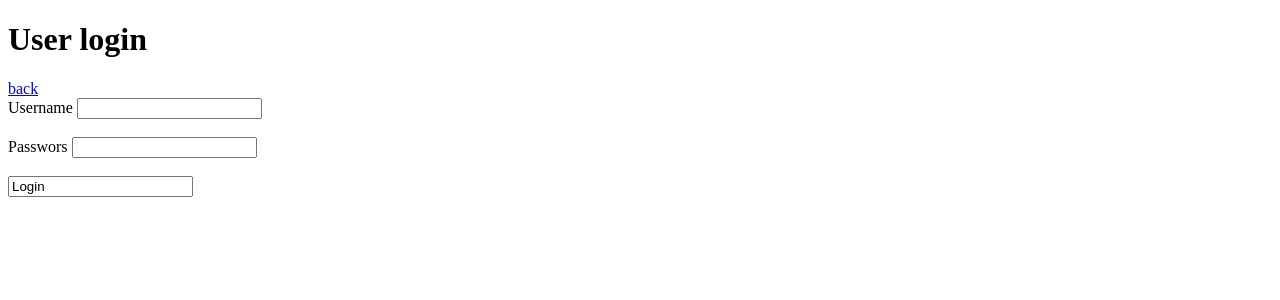
Repository: aayush105/Advance-Java
Page: http://localhost/webtestdem/login.jsp
These files come from the project's save history. The page is drawn as it stood at one moment and after the next save; the edit follows.
The browser window is 1280 px wide. The pictures show the whole page.
The page is served by Tomcat 10.

Above is the page before, as saved 2023-07-19 11:20:19.

After the next save:
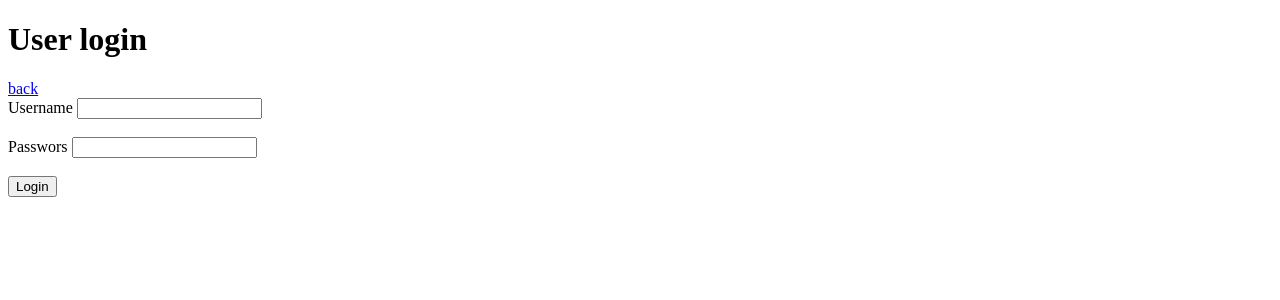
Saved 8 s later.
--- a/webtestdem/src/main/webapp/login.jsp
+++ b/webtestdem/src/main/webapp/login.jsp
@@ -15,7 +15,7 @@
 	Username <input type="text" name="username"> <br><br>
 	Passwors <input type="password" name="password"> <br><br>
 
-		<input types="submit" value="Login">
+		<input type="submit" value="Login">
 
 </form>
 </body>
